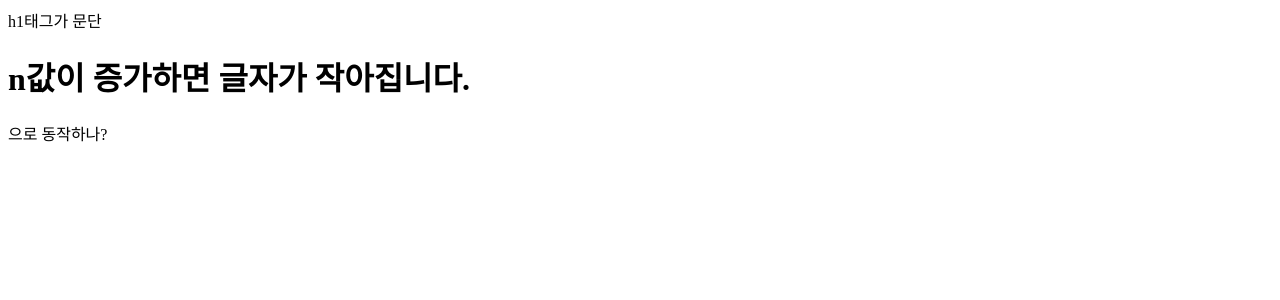
Repository: logicallaw/internet_programming
Page: T01/public/hello.html
The author's editor kept a copy of each file at every save. The page is drawn from the files as they stood at one save, then again after the next save.
The browser window is 1280 px wide. The pictures show the whole page.

Above is the page before, as saved 2025-03-11 10:20:43.

### T01/public/hello.html
<!DOCTYPE html>
<html>
<head>
<meta charset="UTF-8">
<title>첫 페이지</title>
</head>
<body>
h1태그가 문단<h1>n값이 증가하면 글자가 작아집니다.</h1>으로 동작하나?
</body>
</html>

After the next save:
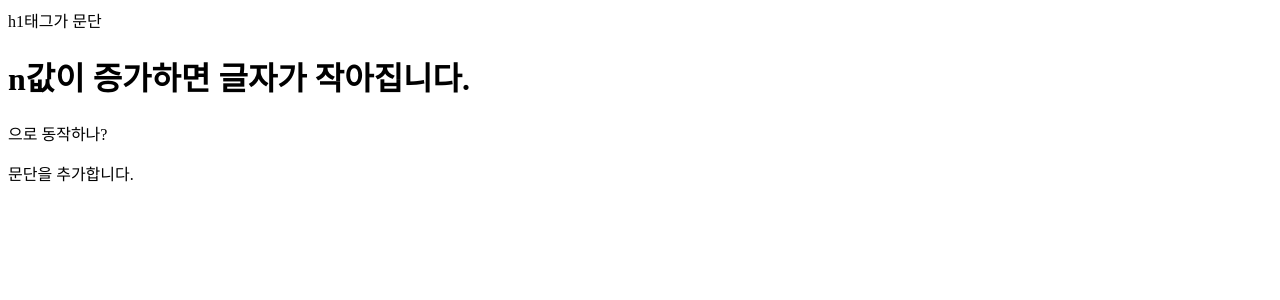
Saved 68 s later.
--- a/T01/public/hello.html
+++ b/T01/public/hello.html
@@ -6,5 +6,11 @@
 </head>
 <body>
 h1태그가 문단<h1>n값이 증가하면 글자가 작아집니다.</h1>으로 동작하나?
+<p>
+문단을 추가합니다.
+
+
+
+</p>
 </body>
 </html>
